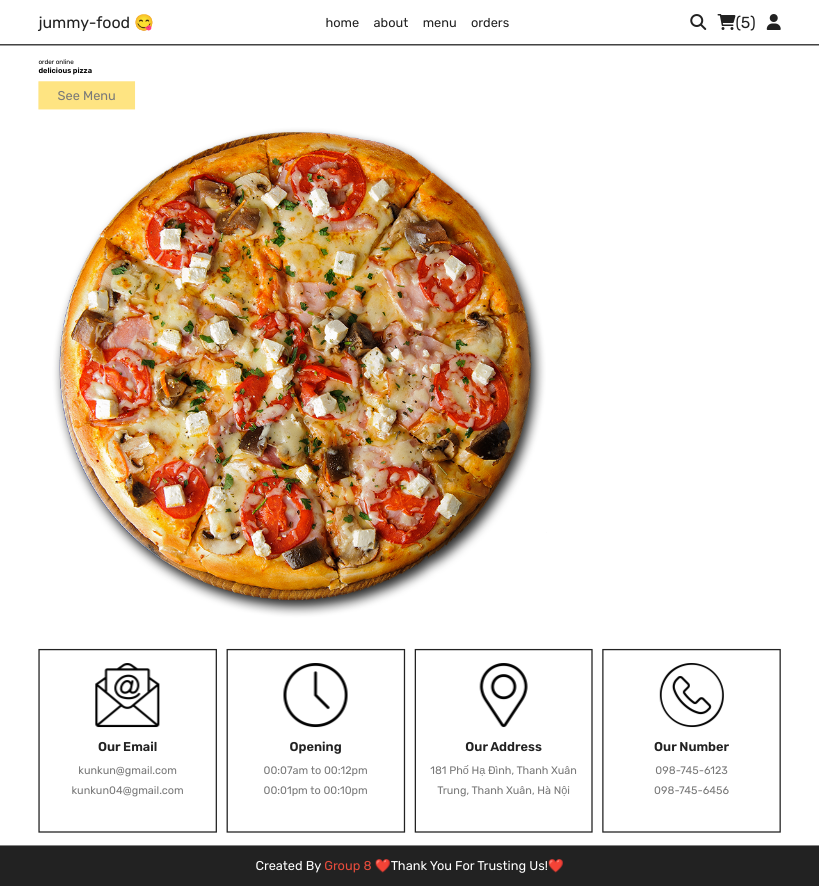
Repository: VuongLinhDinh/jummy_food
Page: home.html
An editor plug-in stored every save of this project. The page is shown before and after the next save, followed by the edit.
The browser window is 1280 px wide. The pictures show the whole page, at 64% of full size.
Some web libraries are served in a nearby version.

Above is the page before, as saved 2023-11-07 16:34:54.

After the next save:
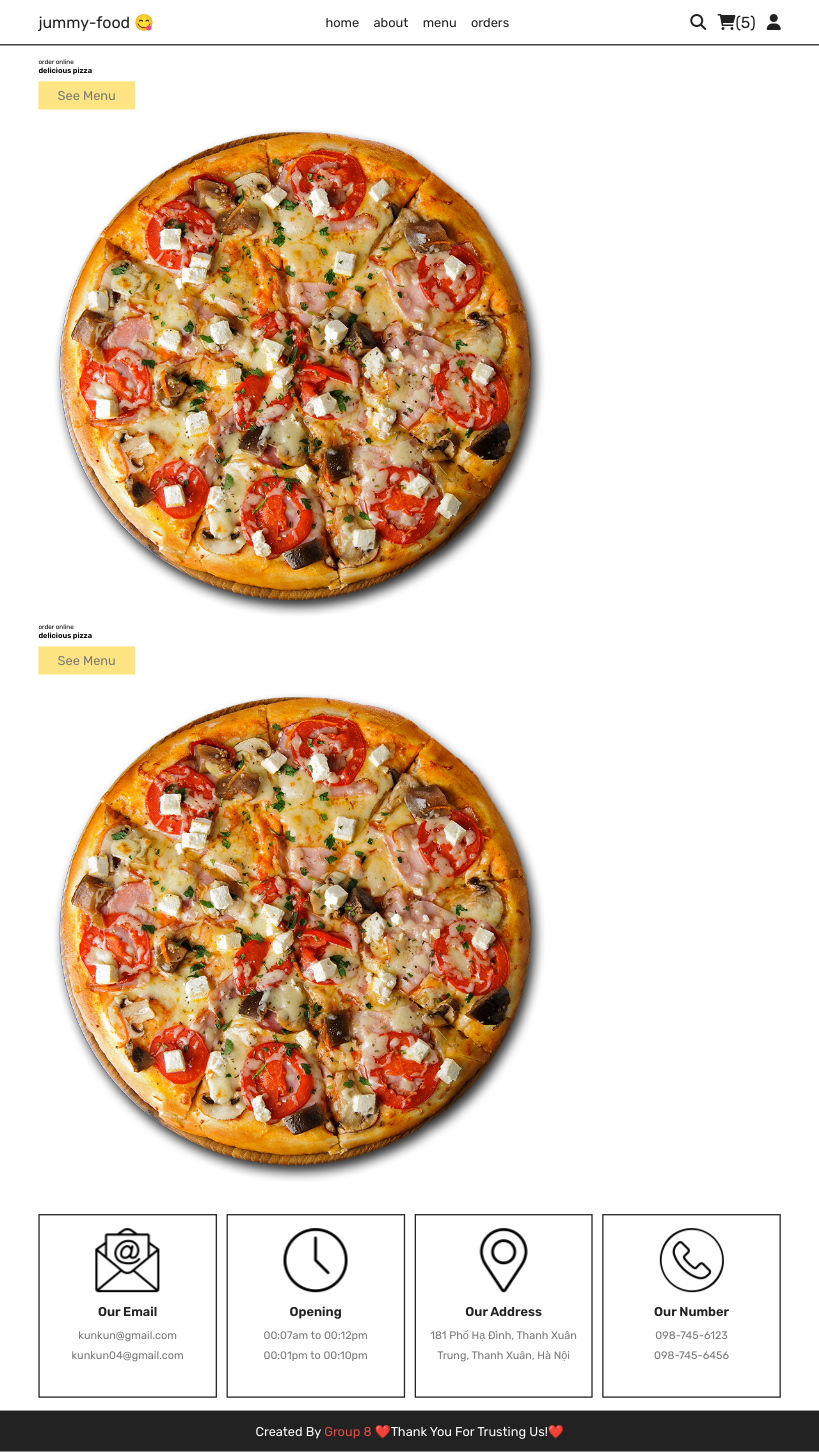
Saved 45 s later.
--- a/home.html
+++ b/home.html
@@ -51,6 +51,17 @@
                     <img src="./images/home-img-1.png" alt="">
                 </div>
             </div>
+
+            <div class="slide">
+                <div class="content">
+                    <span>order online</span>
+                    <h3>delicious pizza</h3>
+                    <a href="menu.html" class="btn">See Menu</a>
+                </div>
+                <div class="image">
+                    <img src="./images/home-img-1.png" alt="">
+                </div>
+            </div>
         </div>
     </section>
     <!-- hero section end  -->
